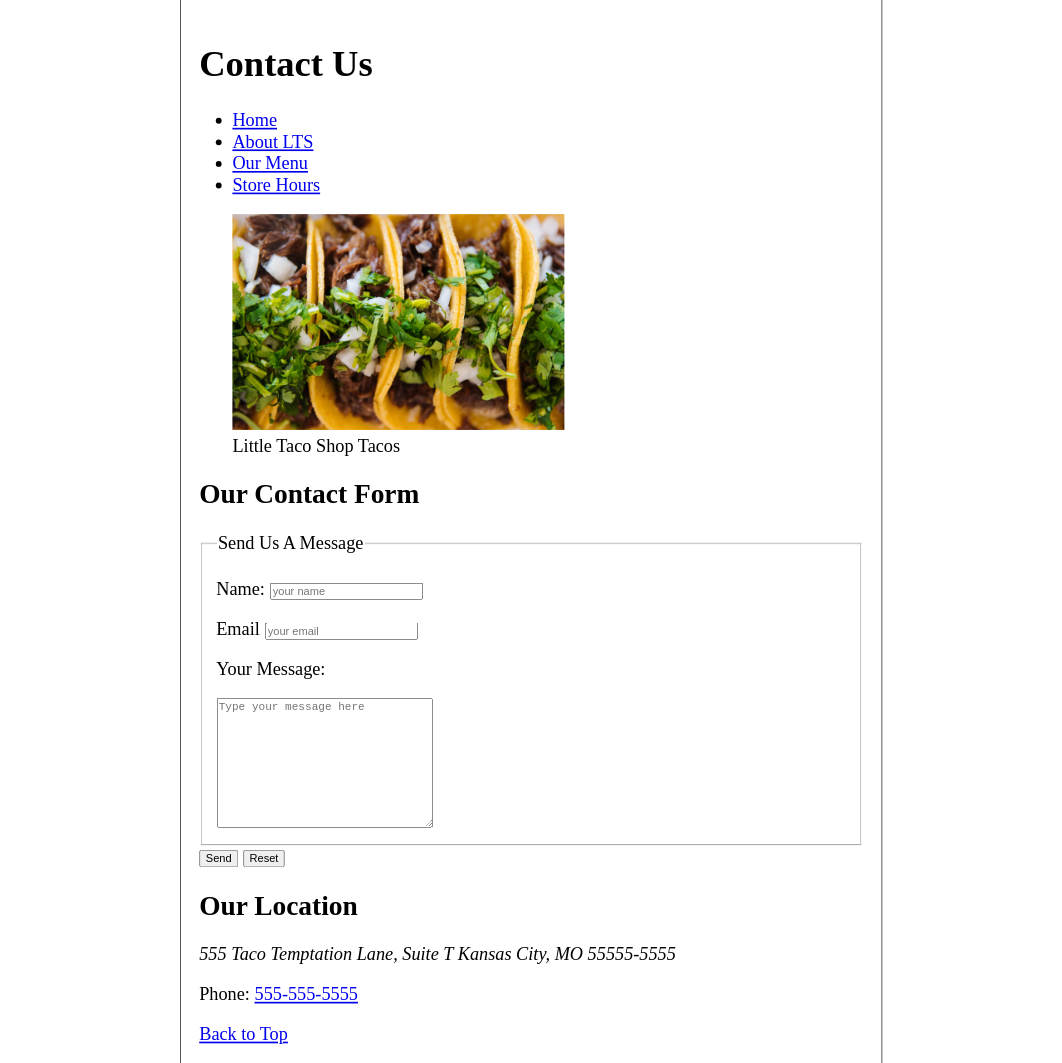
Repository: Israa-Odeh/html-basics-project
Page: contact.html
The author's editor kept a copy of each file at every save. The page is drawn from the files as they stood at one save, then again after a run of saves.
The browser window is 1280 px wide. The pictures show the whole page, at 83% of full size.

Above is the page before, as saved 2024-08-20 03:16:42.

After the next 2 saves:
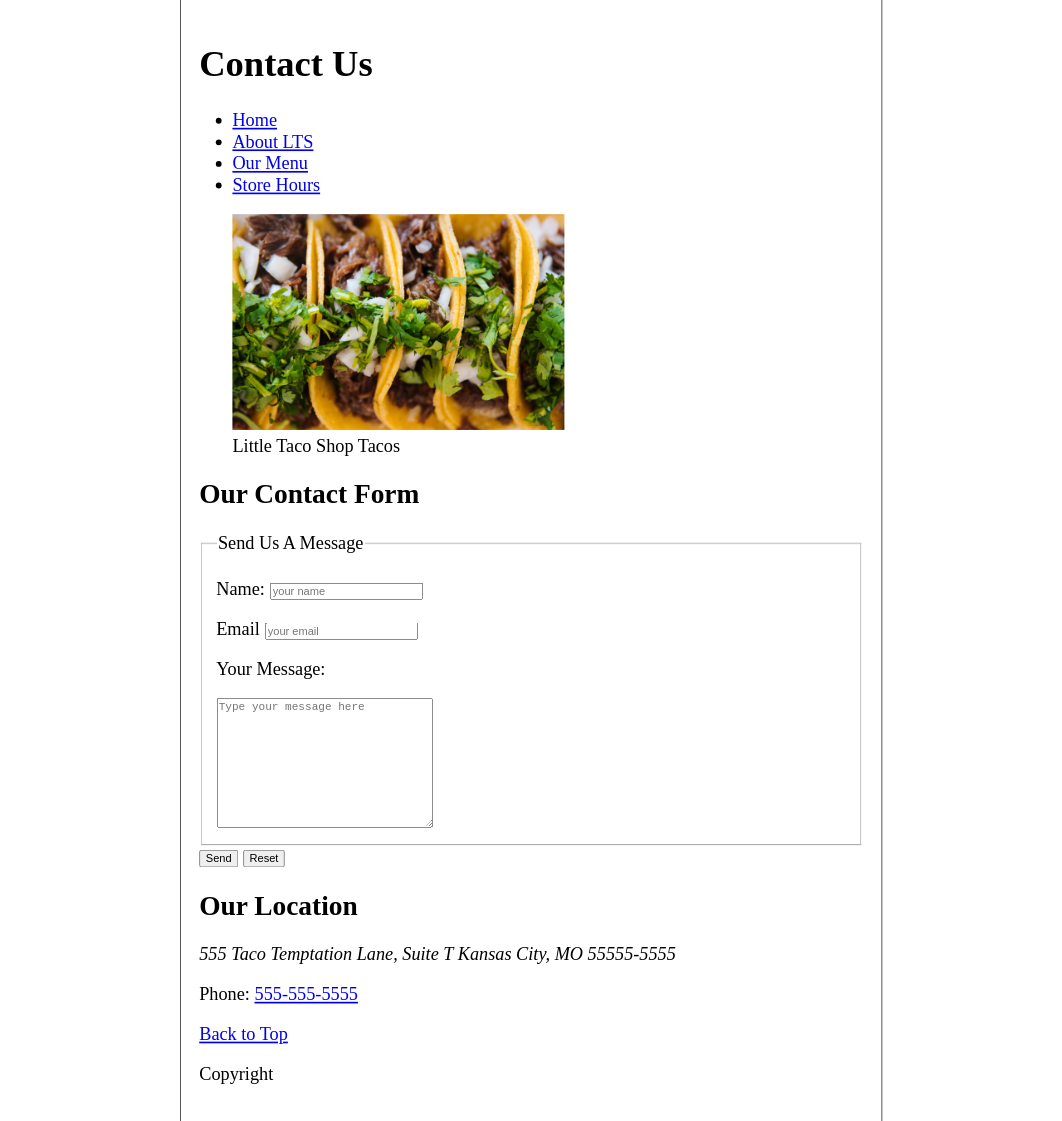
The 2 saves are shown as one change because they came seconds apart.
The last was saved 9 s later.
--- a/contact.html
+++ b/contact.html
@@ -68,7 +68,7 @@
 
     <footer>
         <a href="#top">Back to Top</a>
-
+        <p>Copyright </p>
     </footer>
 
 </body>
